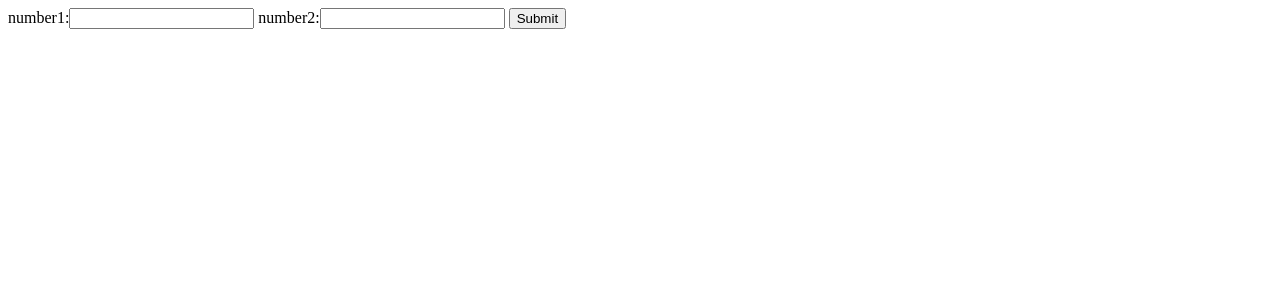
Repository: ashwinipatil321/SpringmvcProject
Page: http://localhost/addSpringMvcProject/
An editor plug-in stored every save of this project. The page is shown before and after the next save, followed by the edit.
The browser window is 1280 px wide. The pictures show the whole page.
The page is served by Tomcat 9.

Above is the page before, as saved 2017-11-18 07:00:09.

After the next save:
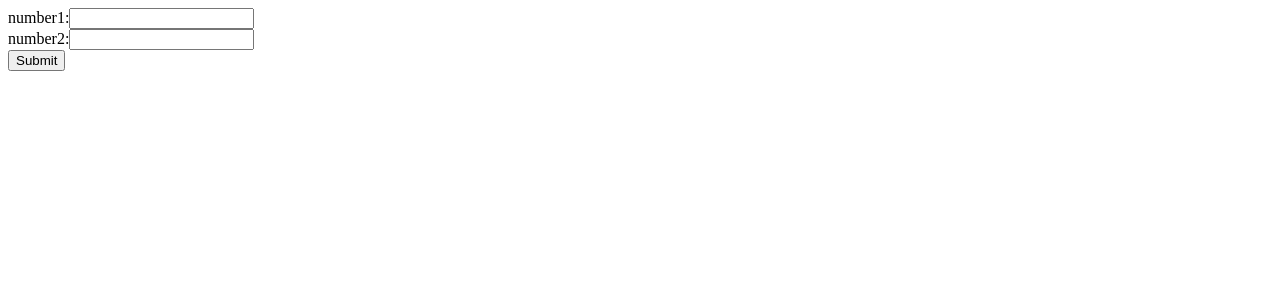
Saved 64 s later.
--- a/addSpringMvcProject/src/main/webapp/index.jsp
+++ b/addSpringMvcProject/src/main/webapp/index.jsp
@@ -1,8 +1,8 @@
 <html>
 <body>
 <form action="add">
-number1:<input type="text" name="t1">
-number2:<input type="text" name="t2">
+number1:<input type="text" name="t1"><br>
+number2:<input type="text" name="t2"><br>
 <input type="submit">
 </form>
 </body>
